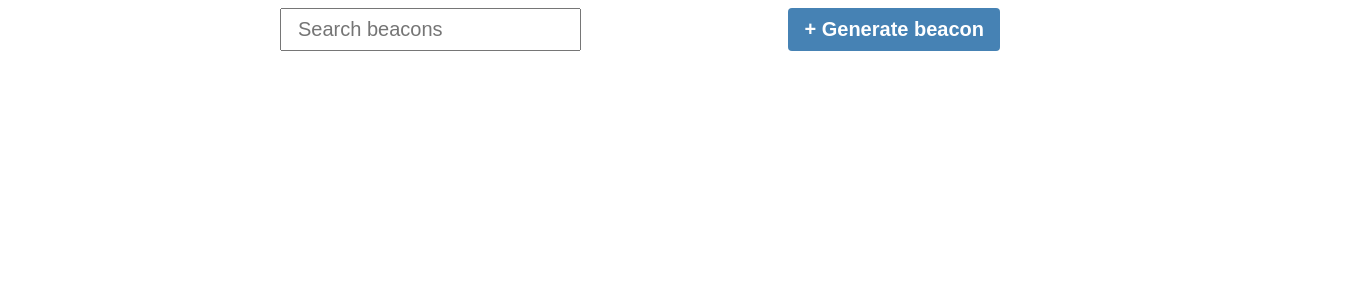
Repository: cszach/simple-web-beacon-frontend
Page: /
An editor plug-in stored every save of this project. The page is shown before and after the next save, followed by the edit.
The browser window is 1280 px wide. The page is 1280 px wide, then 1350 px, so the pictures cover 1350 px, including what lies to the right of the window. The pictures show the whole page.
The project was rebuilt for these pictures with package versions that can differ from the ones it lists, and the page was loaded fresh each time. Also part of the build but not shown: src/Beacon.js.

Above is the page before, as saved 2022-08-23 01:39:49.

### src/App.js
import React, { useState, useRef } from 'react';
import BeaconsList from './BeaconsList';
import axios from 'axios';
// import { v4 as uuidv4 } from 'uuid';
import './App.css'

async function getDataAxios(){
  const response = await axios.get("http://127.0.0.1:1000/generateUUID")
  console.log(response['data']);
  return response['data'];
}

function App() {
  const [beacons, setBeacons] = useState([])
  const searchRef = useRef();

  function generateBeacon(e) {
    getDataAxios().then(data => {
      setBeacons(existingBeacons => {
        return [...existingBeacons, { id: data, activated: false, hidden: false }]
      });
    });
  }

  function onSearchInputChange(e) {
    const searchString = searchRef.current.value;
    const newBeacons = [...beacons];

    newBeacons.forEach(beacon => {
      if (beacon.name.indexOf(searchString) === -1 && beacon.id.indexOf(searchString) === -1) { beacon.hidden = true }
      else beacon.hidden = false;
    })

    setBeacons(newBeacons);
  }

  return (
    <div class="container">
      <div class="controls">
        <input ref={searchRef} type="search" placeholder="Search beacons" onChange={onSearchInputChange}/>
        <button class="generate-button" onClick={generateBeacon}>+ Generate beacon</button>
      </div>
      <BeaconsList beacons={beacons} setBeacons={setBeacons} />
    </div>
  );
}

export default App;

### src/BeaconsList.js
import React from 'react';
import Beacon from './Beacon';

export default function BeaconsList({ beacons, setBeacons }) {
  return (
    <ul>
      {
        beacons.filter(beacon => !beacon.hidden).map(beacon => {
          return <Beacon key={beacon.id} data={beacon} beacons={beacons} setBeacons={setBeacons}/>
        })
      }
    </ul>
  );
}

### src/App.css
body {
  display: flex;
  justify-content: center;
  font-family: Arial, Helvetica, sans-serif;
}

.container {
  width: 720px;
}

.controls {
  display: flex;
  justify-content: space-between;
}

.controls input {
  width: auto;
  font-size: 20px;
  padding: 8px 16px;
}

.generate-button {
  margin-left: auto;
  padding: 8px 16px;
  font-size: 20px;
  font-weight: bold;
  background-color: steelblue;
  color: white;
  border: none;
  border-radius: 4px;
}

ul {
  list-style: none;
  padding-left: 0px;
}

li {
  display: flex;
  padding: 12px 16px 16px;
  align-items: center;
  margin-bottom: 16px;
  border-radius: 4px;
  box-shadow: 0px 4px 12px 2px #999999;
  gap: 8px;
}

li .beacon-name input {
  font-weight: 600;
  font-size: 18px;
  border: none;
  border-radius: 4px;
  padding: 4px 8px;
  margin-bottom: 8px;
}

li .beacon-name input:hover {
  background-color: #eee;
}

li .beacon-id {
  padding-left: 8px;
}

li .status {
  margin-left: auto;
}

li button {
  border-radius: 100%;
  border: none;
  margin-right: 8px;
}

Loaded but not shown: public/index.html (common file); src/index.js (common file)

After the next save:
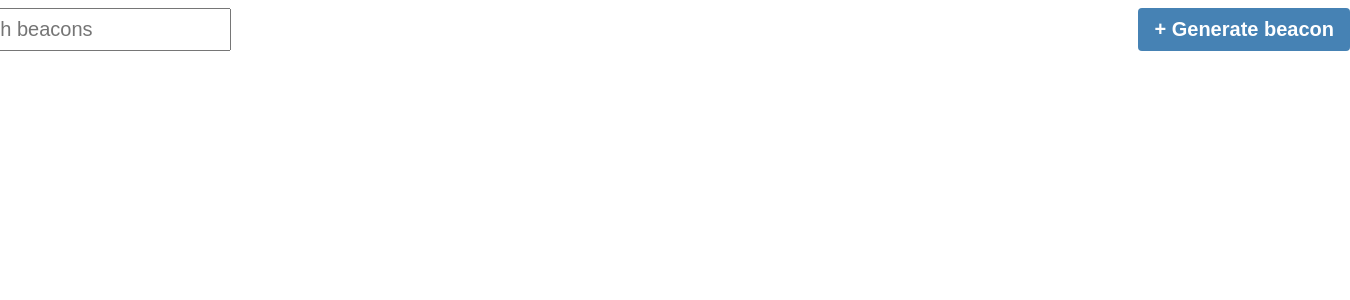
Saved 85 s later.
--- a/src/App.css
+++ b/src/App.css
@@ -5,7 +5,7 @@ body {
 }
 
 .container {
-  width: 720px;
+  width: 1420px;
 }
 
 .controls {
